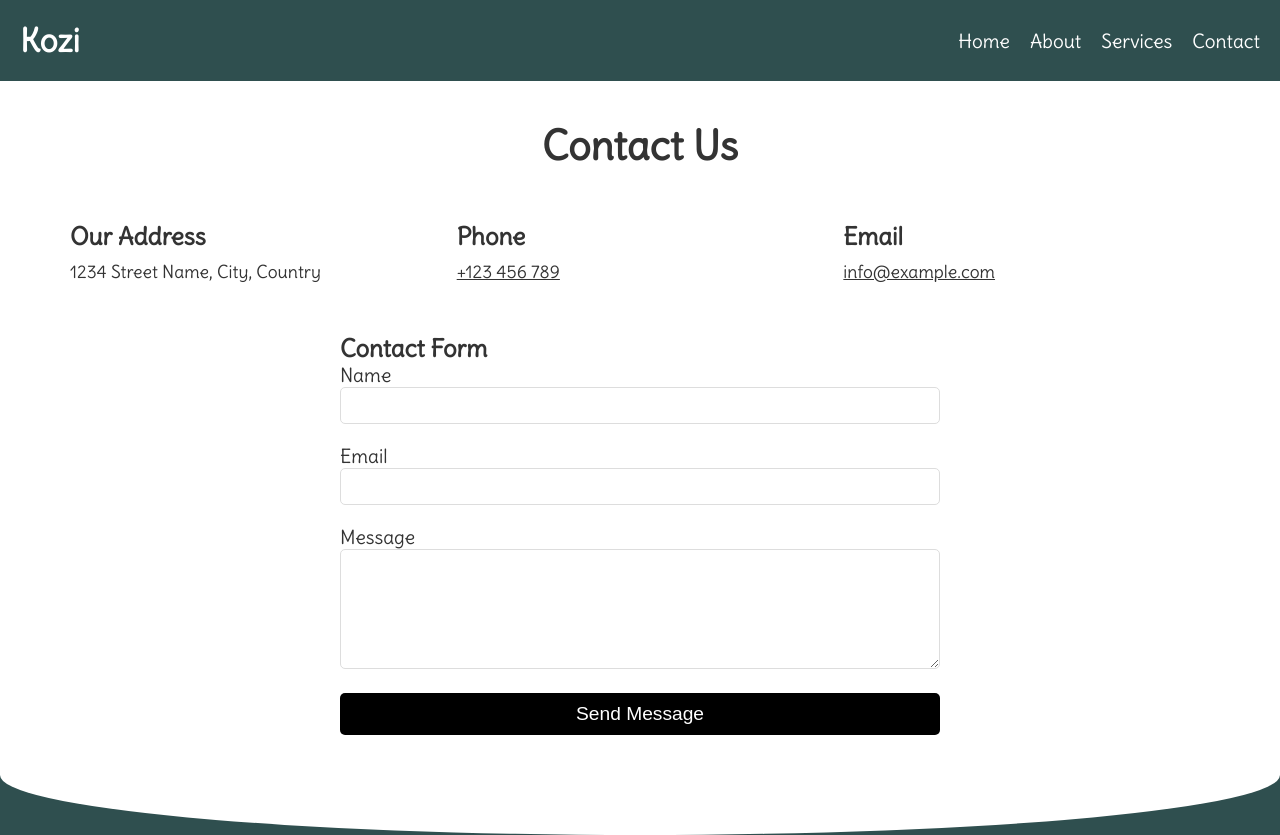
Repository: leerichie/kozi
Page: index.html
The author's editor kept a copy of each file at every save. The page is drawn from the files as they stood at one save, then again after the next save.
The browser window is 1280 px wide. The pictures show the part of the page from y = 0 to 835 px (the page is 974 px tall before and 1060 px after).
A picture or video elsewhere on the page could not be fetched, so the positions and the page height are approximate.

Above is the page before, as saved 2024-10-24 19:38:18.

After the next save:
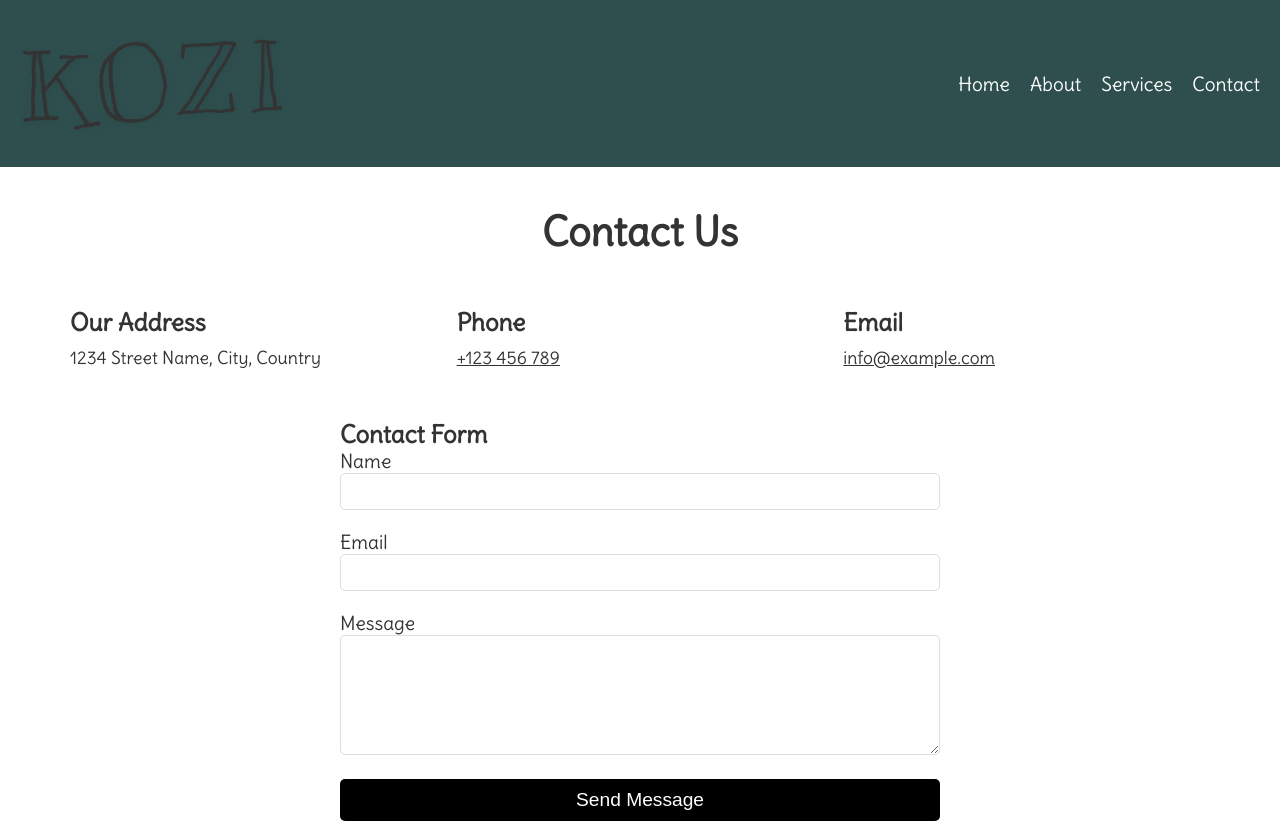
Saved 40 s later.
--- a/css/styles.css
+++ b/css/styles.css
@@ -29,6 +29,21 @@ body {
   font-family: "Delius", sans-serif;
   background-color: #fff;
   color: #333;
+}
+
+.logo {
+  text-align: center;
+}
+
+.logo-text {
+  font-family: "Merriweather", serif;
+  font-size: 100px;
+  letter-spacing: 10px;
+  font-weight: bold;
+  text-transform: uppercase;
+  color: #333;
+  text-shadow: 2px 2px 10px rgba(0, 0, 0, 0.1);
+  transform: rotate(-2deg);
 }
 
 /* Nav */
